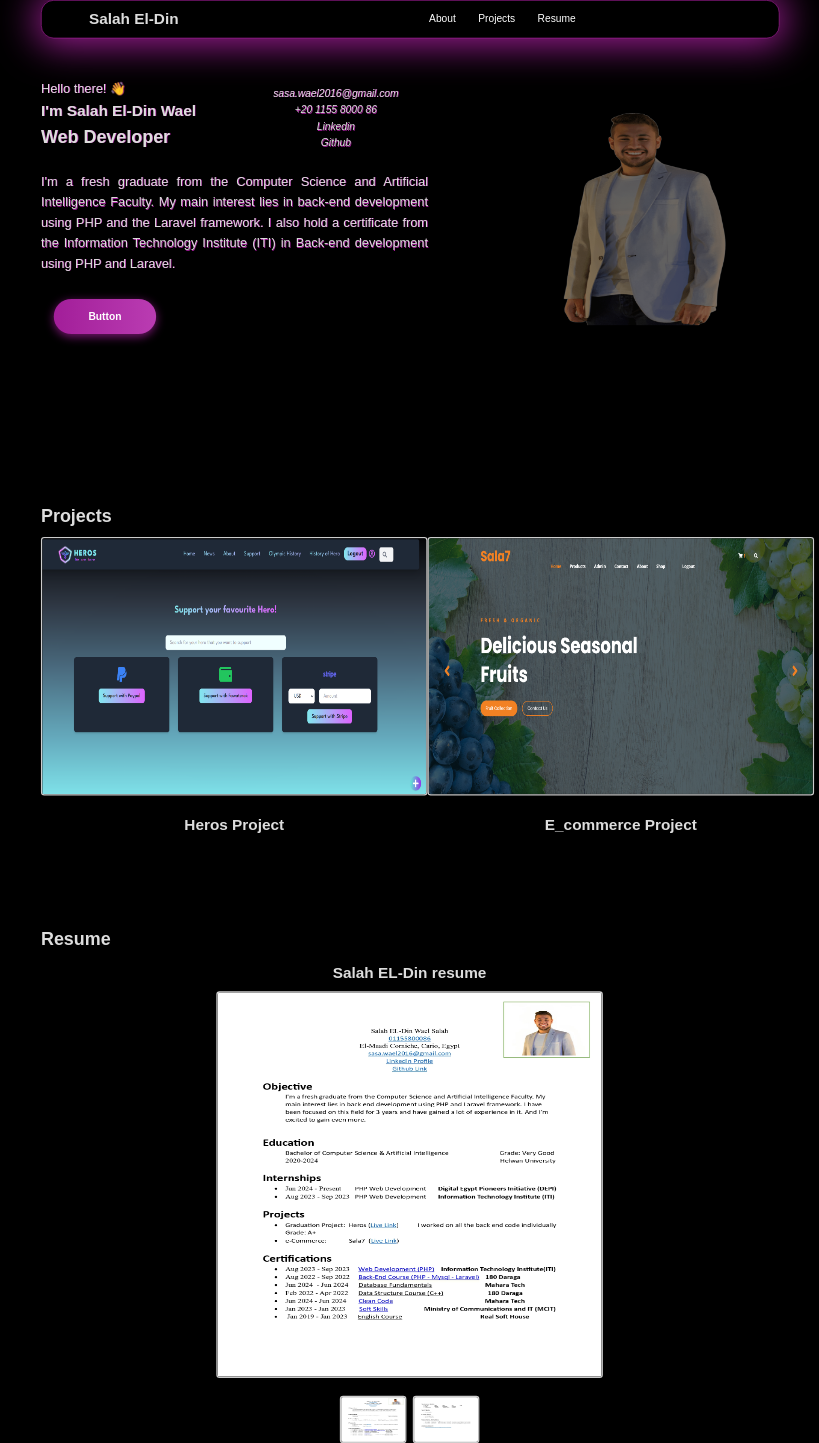
Repository: Salah-Wael/Salah-EL-Din-Portfolio
Page: index.html
An editor plug-in stored every save of this project. The page is shown before and after the next save, followed by the edit.
The browser window is 1280 px wide. The pictures show the whole page, at 64% of full size.

Above is the page before, as saved 2024-07-28 04:08:34.

After the next save:
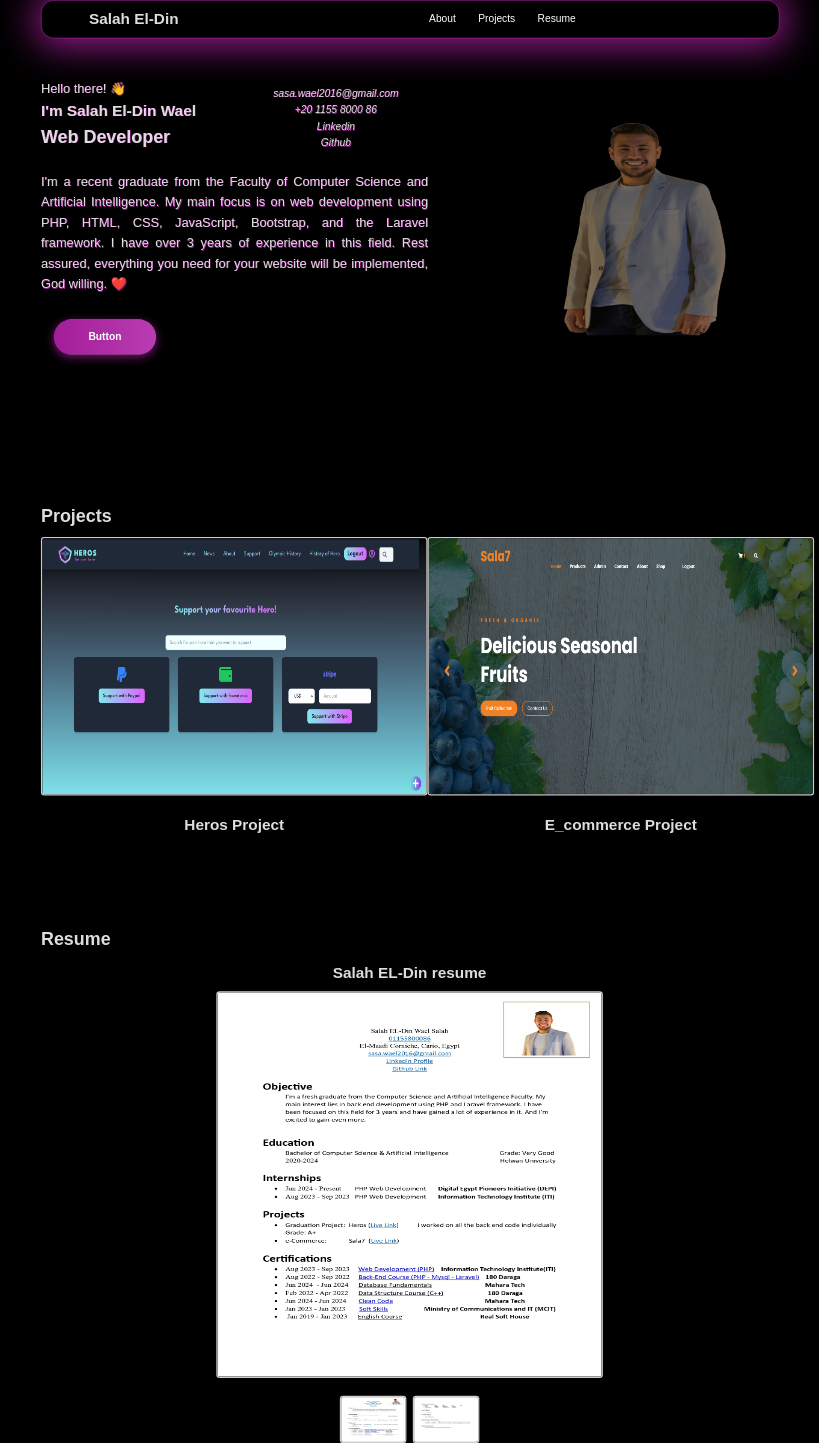
Saved 10 min 10 s later.
--- a/index.html
+++ b/index.html
@@ -36,9 +36,7 @@
             </address>
           </div>
         </div>
-          <p class="discription">I'm a fresh graduate from the Computer Science and Artificial Intelligence Faculty.
-          My main interest lies in back-end development using PHP and the Laravel framework.
-          I also hold a certificate from the Information Technology Institute (ITI) in Back-end development using PHP and Laravel.</p>
+          <p class="discription">I'm a recent graduate from the Faculty of Computer Science and Artificial Intelligence. My main focus is on web development using PHP, HTML, CSS, JavaScript, Bootstrap, and the Laravel framework. I have over 3 years of experience in this field. Rest assured, everything you need for your website will be implemented, God willing. ❤️</p>
         <a href=""><button class="bn632-hover bn22">Button</button></a>
 
 
